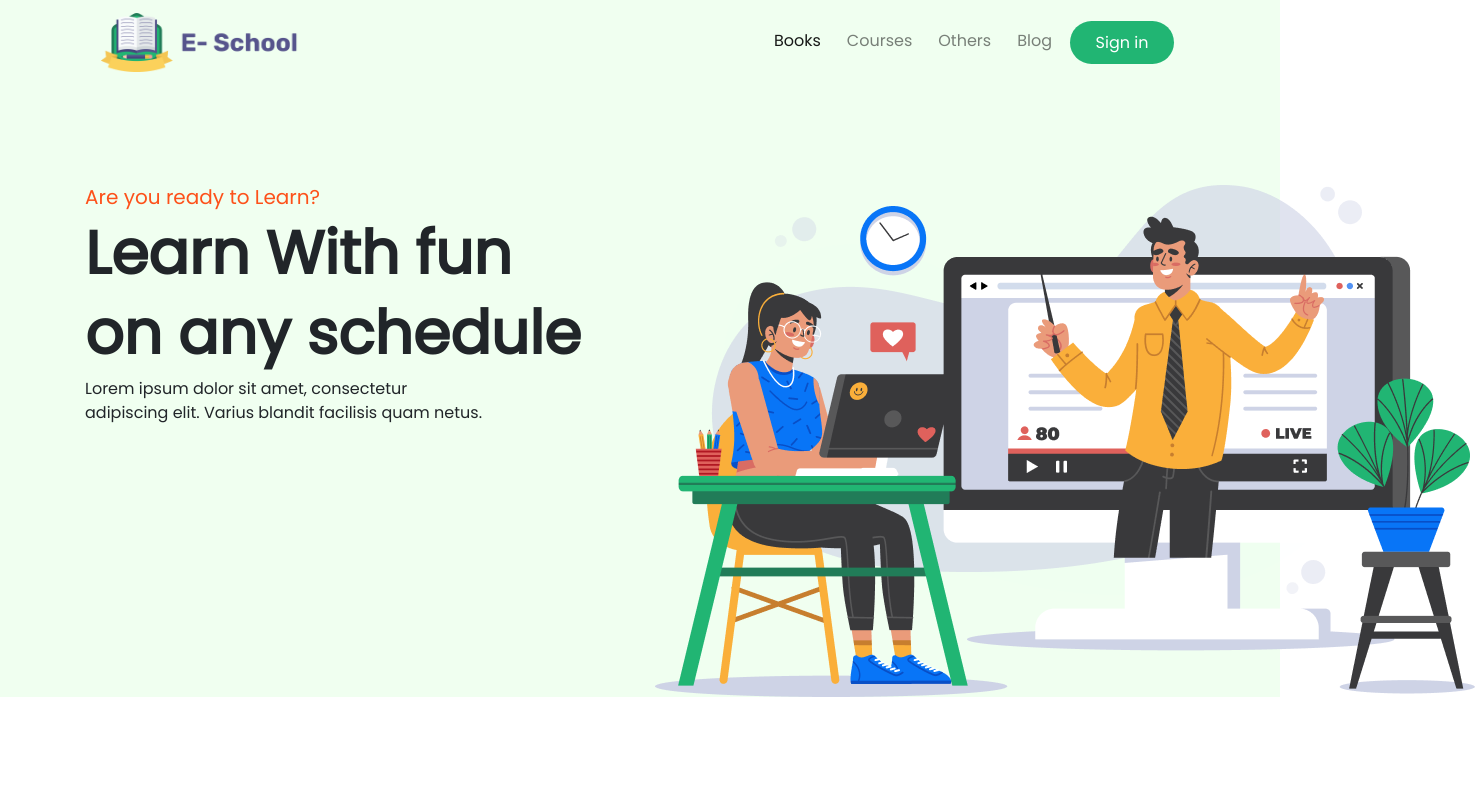
Repository: mohsinfarabi/e-school
Page: index.html
The author's editor kept a copy of each file at every save. The page is drawn from the files as they stood at one save, then again after the next save.
The browser window is 1280 px wide. The page is 1475 px wide, so the pictures cover 1475 px, including what lies to the right of the window. The pictures show the whole page.

Above is the page before, as saved 2020-07-08 03:18:22.

### index.html
<!DOCTYPE html>
<html lang="en">

<head>
    <meta charset="UTF-8">
    <meta name="viewport" content="width=device-width, initial-scale=1.0">
    <link rel="stylesheet" href="css/bootstrap/css/bootstrap.min.css">
    <link rel="stylesheet" href="style.css">
    <link href="https://fonts.googleapis.com/css2?family=Poppins" rel="stylesheet">
    <title>E-School</title>
</head>

<body>
    <section class="top-part">
        <div class="container">
            <nav class="navbar navbar-expand-lg navbar-light bg-transparent">
                <a class="navbar-brand" href="#"><img src="images/icon/Logo.png " alt=" "></a>
                </a>
                <button class="navbar-toggler" type="button" data-toggle="collapse" data-target="#navbarNav" aria-controls="navbarNav" aria-expanded="false" aria-label="Toggle navigation">
                  <span class="navbar-toggler-icon"></span>
                </button>

                <div class="collapse navbar-collapse" id="navbarNav">
                    <ul class="navbar-nav ml-auto">
                        <li class="nav-item active ">
                            <a class="nav-link " href="#books ">Books</a>
                        </li>
                        <li class="nav-item ">
                            <a class="nav-link " href="#courses ">Courses</a>
                        </li>
                        <li class="nav-item ">
                            <a class="nav-link " href="#others ">Others</a>
                        </li>
                        <li class="nav-item ">
                            <a class="nav-link " href="#blog ">Blog</a>
                        </li>
                        <li class="nav-item ">
                            <button class="sign-in">Sign in</button>
                        </li>

                    </ul>
                </div>

            </nav>
        </div>
        <div class="container">
            <div class="row top">
                <div class="col-md-6">

                    <h5>Are you ready to Learn?</h5>
                    <h1>Learn With fun </h1>
                    <h1>on any schedule</h1>

                    <p>Lorem ipsum dolor sit amet, consectetur <br> adipiscing elit. Varius blandit facilisis quam netus.</p>

                </div>
                <div class="col-md-6">

                    <img src="images/Photos/Illustration.png" alt="">
                </div>
            </div>
        </div>
    </section>












    <script src="https://code.jquery.com/jquery-3.5.1.slim.min.js " integrity="sha384-DfXdz2htPH0lsSSs5nCTpuj/zy4C+OGpamoFVy38MVBnE+IbbVYUew+OrCXaRkfj " crossorigin="anonymous "></script>
    <script src="https://cdn.jsdelivr.net/npm/popper.js@1.16.0/dist/umd/popper.min.js " integrity="sha384-Q6E9RHvbIyZFJoft+2mJbHaEWldlvI9IOYy5n3zV9zzTtmI3UksdQRVvoxMfooAo " crossorigin="anonymous "></script>
    <script src="https://stackpath.bootstrapcdn.com/bootstrap/4.5.0/js/bootstrap.min.js " integrity="sha384-OgVRvuATP1z7JjHLkuOU7Xw704+h835Lr+6QL9UvYjZE3Ipu6Tp75j7Bh/kR0JKI " crossorigin="anonymous "></script>
</body>

</html>

### style.css
body {
    font-family: 'Poppins', sans-serif;
}

.container {
    margin-bottom: 100px;
}

.top-part {
    background-color: #F0FFF0;
}

.bg-light {
    background-color: #F0FFF0;
}

.navbar img {
    width: 198.07px;
    height: 59px;
}

.nav-item {
    padding: 5px;
    color: black;
}

.sign-in {
    width: 104px;
    height: 43px;
    border: none;
    background: #21B573;
    border-radius: 33px;
    color: white;
}

.top h5 {
    color: #FD511A;
}

.top h1 {
    font-weight: 700;
    font-size: 60px;
}

Loaded but not shown: css/bootstrap/css/bootstrap.min.css (library)

After the next save:
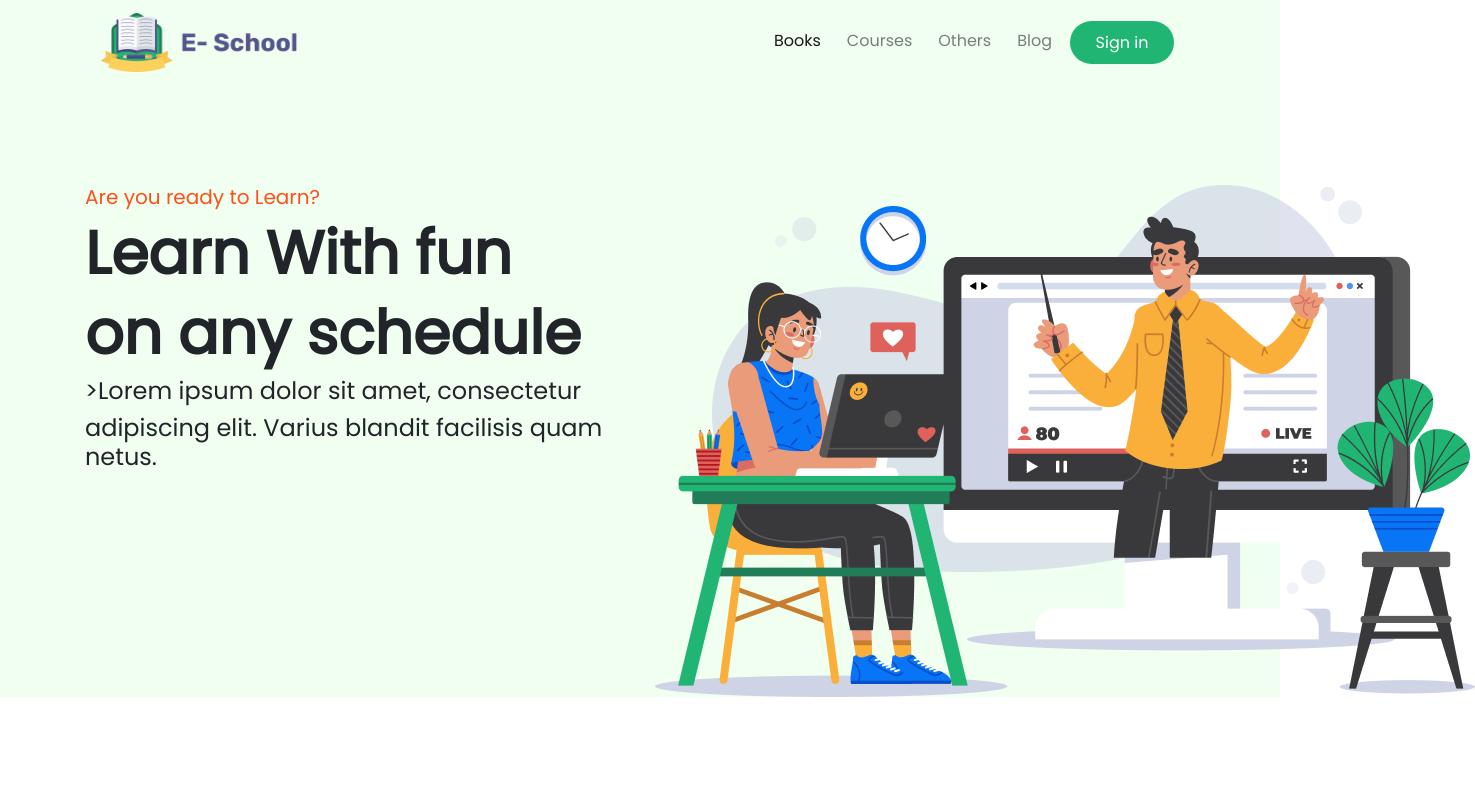
Saved 2 min 54 s later.
--- a/index.html
+++ b/index.html
@@ -51,7 +51,8 @@
                     <h1>Learn With fun </h1>
                     <h1>on any schedule</h1>
 
-                    <p>Lorem ipsum dolor sit amet, consectetur <br> adipiscing elit. Varius blandit facilisis quam netus.</p>
+                    <h4>>Lorem ipsum dolor sit amet, consectetur </h4>
+                    <h4>adipiscing elit. Varius blandit facilisis quam netus.</h4>
 
                 </div>
                 <div class="col-md-6">
